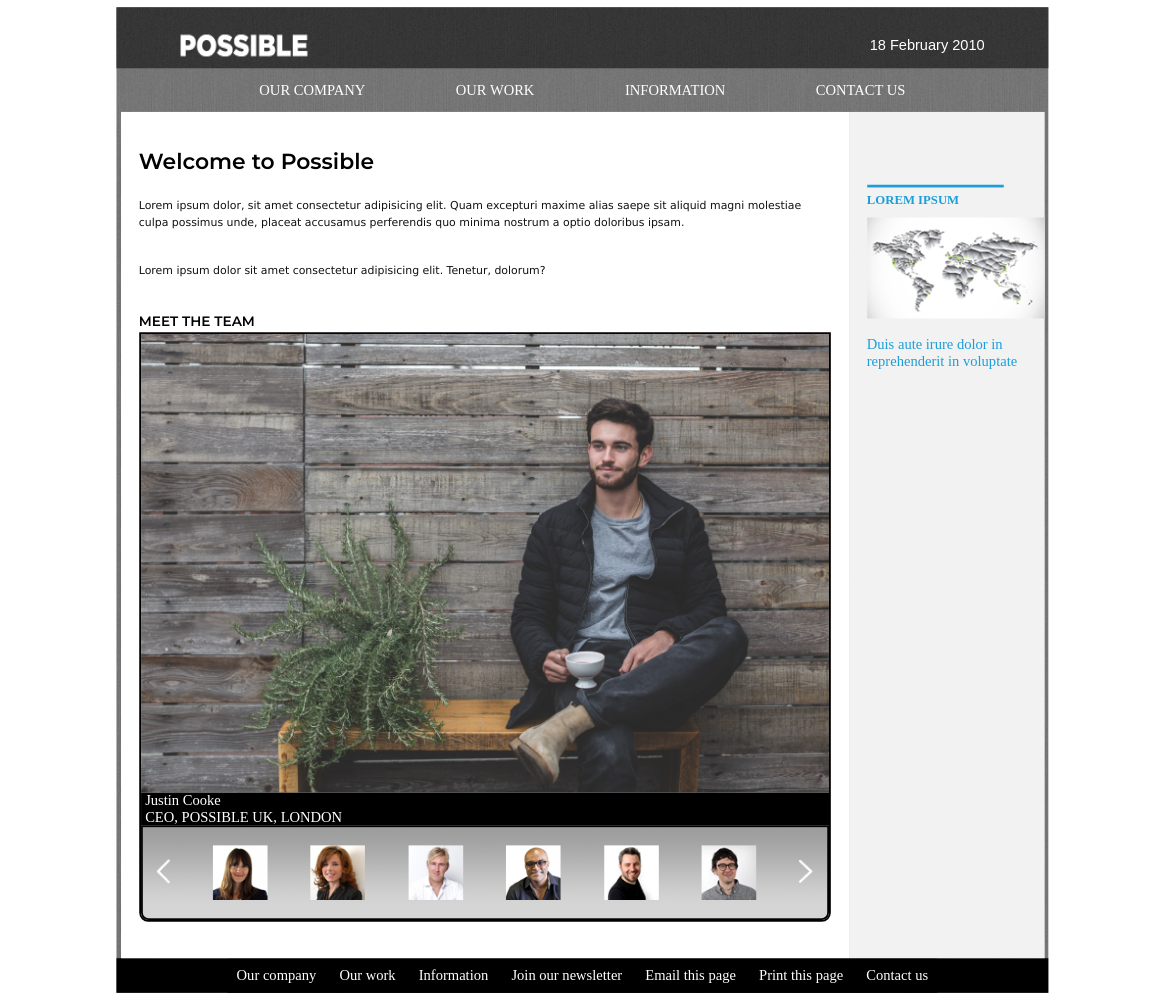
Repository: grzegorzgebala/possible-site
Page: index.html
These files come from the project's save history. The page is drawn as it stood at one moment and after the next save; the edit follows.
The browser window is 1280 px wide. The pictures show the whole page, at 91% of full size.
The style sheet was rebuilt from its Sass, Less or Tailwind sources for each picture, by a compiler version that may differ from the author's.

Above is the page before, as saved 2020-02-16 10:47:01.

After the next save:
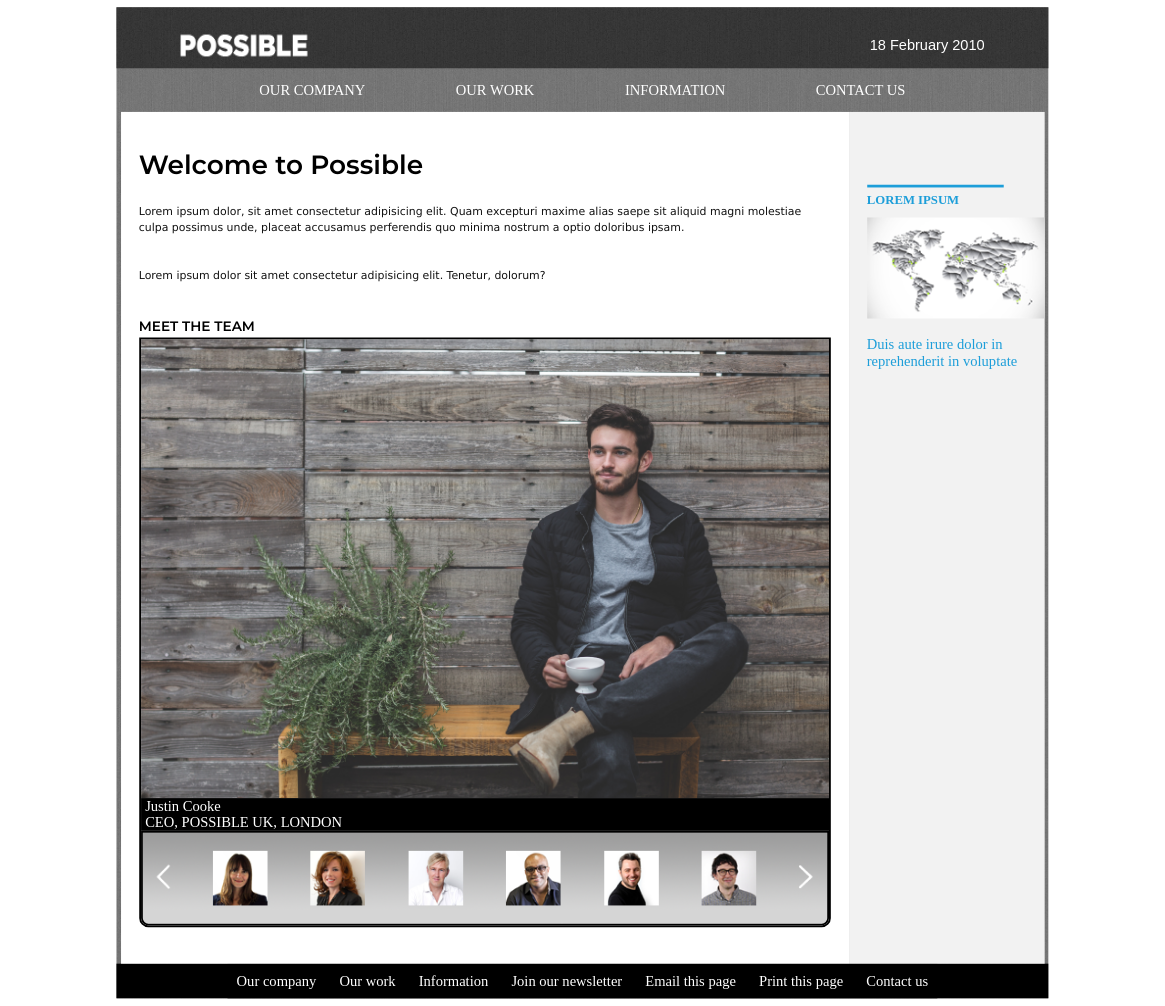
Saved 116 s later.
--- a/sass/style.scss
+++ b/sass/style.scss
@@ -73,7 +73,7 @@ header {
         .welcome {
             font-family: $contentHeaderFont;
             margin: 0;
-            font-size: 24px;
+            font-size: 29px;
             font-weight: bold;
         }
 
